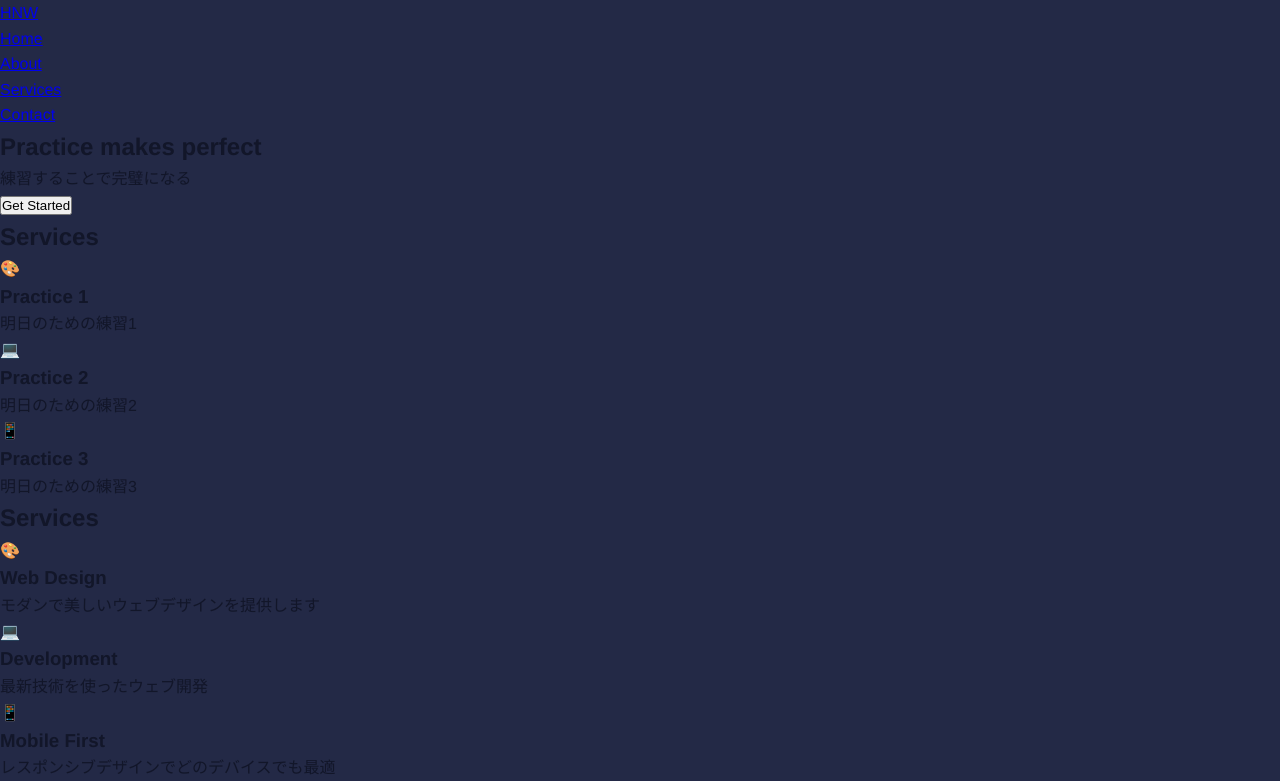
Repository: co6tter/hello-newworld-v3
Page: index.html
These files come from the project's save history. The page is drawn as it stood at one moment and after the next save; the edit follows.
The browser window is 1280 px wide. The pictures show the whole page.

Above is the page before, as saved 2025-07-14 19:37:48.

After the next save:
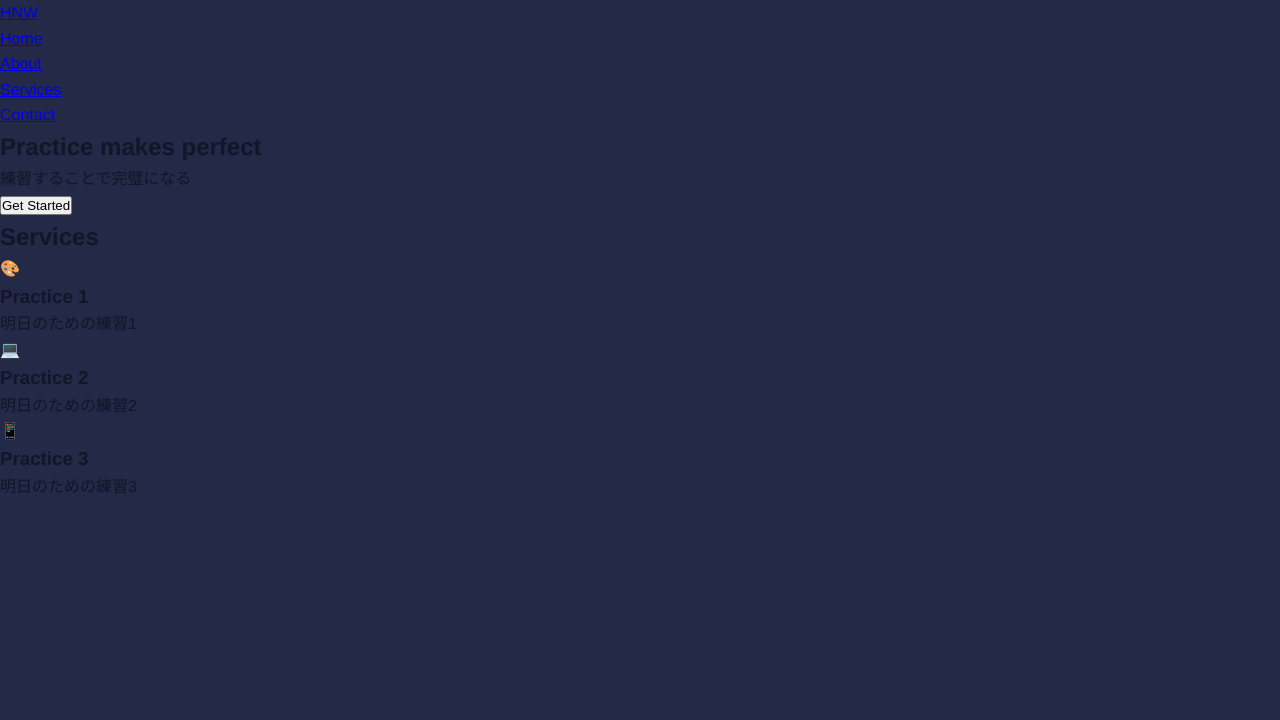
Saved 10 s later.
--- a/index.html
+++ b/index.html
@@ -60,31 +60,5 @@
         </div>
       </div>
     </section>
-    <section class="section" id="services">
-      <div class="container">
-        <h2 class="section-title">Services</h2>
-        <div class="card-grid">
-          <div class="card">
-            <div class="card-icon">🎨</div>
-            <h3 class="card-title">Web Design</h3>
-            <p class="card-description">
-              モダンで美しいウェブデザインを提供します
-            </p>
-          </div>
-          <div class="card">
-            <div class="card-icon">💻</div>
-            <h3 class="card-title">Development</h3>
-            <p class="card-description">最新技術を使ったウェブ開発</p>
-          </div>
-          <div class="card">
-            <div class="card-icon">📱</div>
-            <h3 class="card-title">Mobile First</h3>
-            <p class="card-description">
-              レスポンシブデザインでどのデバイスでも最適
-            </p>
-          </div>
-        </div>
-      </div>
-    </section>
   </body>
 </html>
